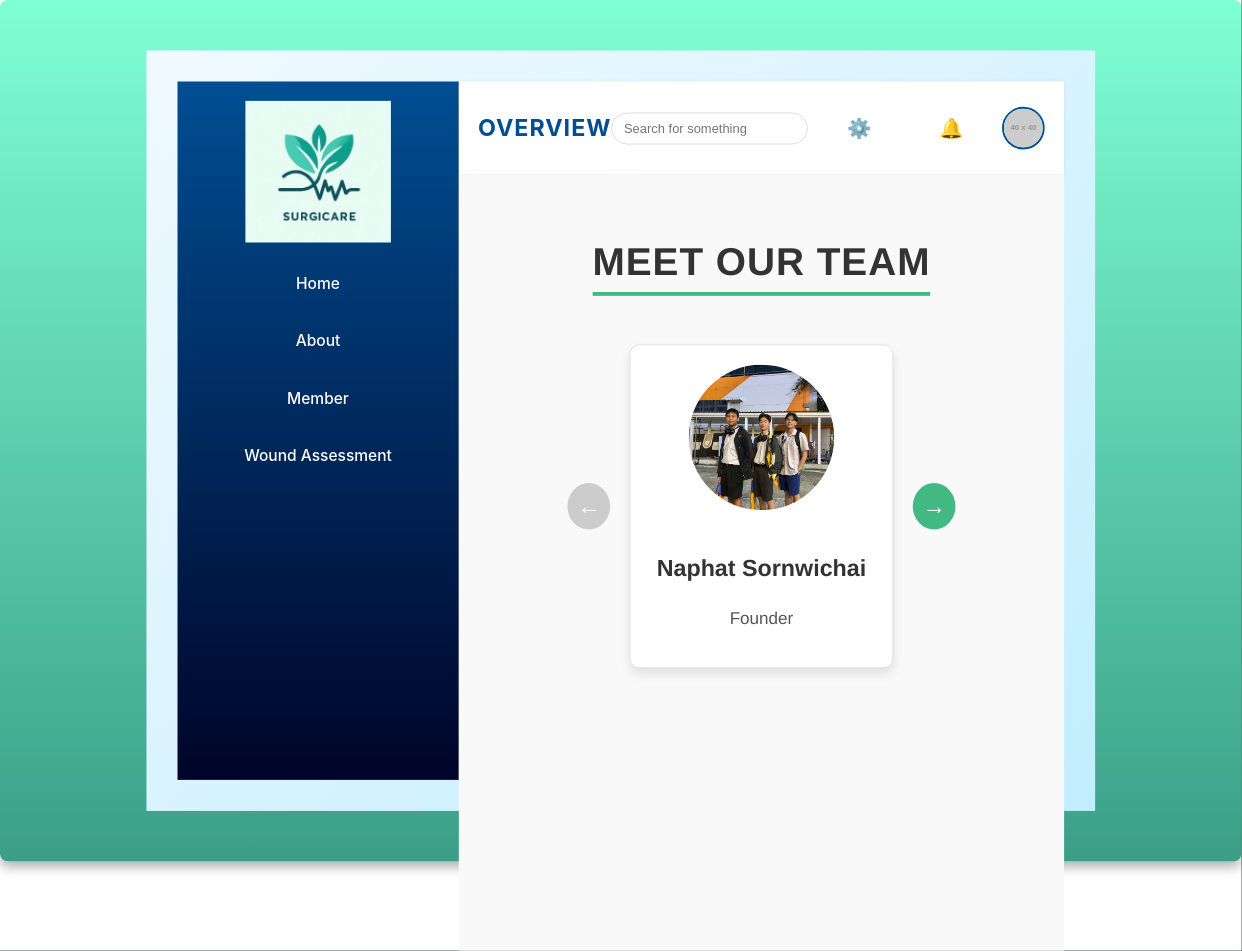
Repository: Jinwoo290350/Surgicare-Vue
Page: /member (app in surgicare/)
These files come from the project's save history. The page is drawn as it stood at one moment and after the next save; the edit follows.
The browser window is 1280 px wide. The pictures show the whole page, at 97% of full size.
The project was rebuilt for these pictures with package versions that can differ from the ones it lists, and the page was loaded fresh each time. Also part of the build but not shown: surgicare/vite.config.js, surgicare/src/views/Home.vue, surgicare/src/views/About.vue, surgicare/src/components/WoundAssessment.vue.

Above is the page before, as saved 2024-12-30 14:42:05.
Console error: TypeError: Cannot read properties of null (reading 'getContext')

After the next save:
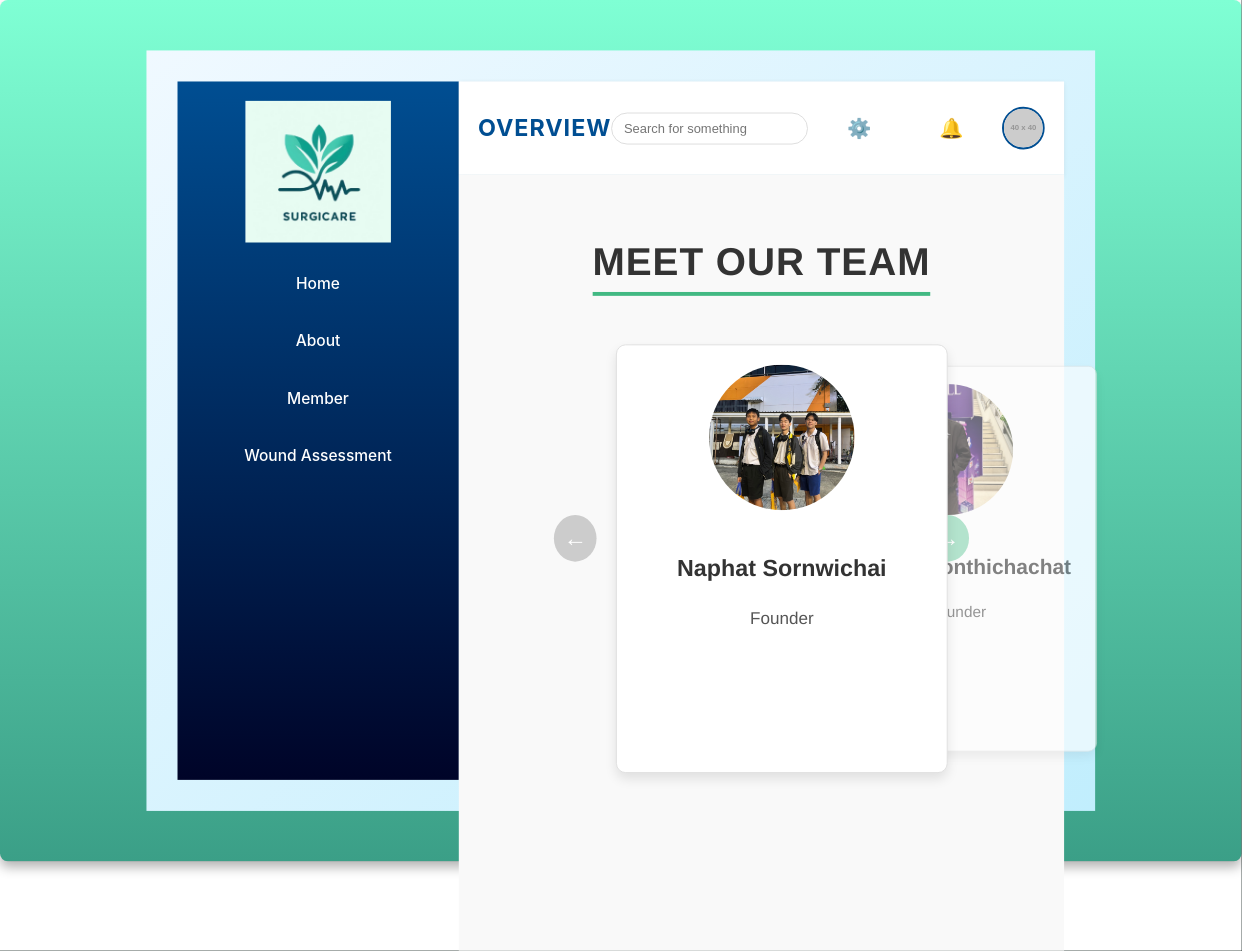
Saved 98 s later.
--- a/surgicare/src/views/Member.vue
+++ b/surgicare/src/views/Member.vue
@@ -4,33 +4,34 @@
       <h1>Meet Our Team</h1>
     </div>
 
-    <!-- Single Member Card with Navigation Buttons -->
+    <!-- Card Slider with Overlapping Shadows -->
     <div class="member-card-container">
       <button class="nav-button" @click="prevMember" :disabled="currentIndex === 0">
         ←
       </button>
 
-      <div class="member-card animated-card" :class="animationDirection">
-        <img :src="currentMember.photo" :alt="`Photo of ${currentMember.name}`" class="member-photo" />
-        <div class="member-info">
-          <h2>{{ currentMember.name }}</h2>
-          <p>{{ currentMember.role }}</p>
+      <div class="card-stack">
+        <div
+          v-for="(member, index) in members"
+          :key="index"
+          class="member-card"
+          :class="{
+            active: index === currentIndex,
+            next: index === currentIndex + 1,
+            prev: index === currentIndex - 1,
+          }"
+        >
+          <img :src="member.photo" :alt="`Photo of ${member.name}`" class="member-photo" />
+          <div class="member-info">
+            <h2>{{ member.name }}</h2>
+            <p>{{ member.role }}</p>
+          </div>
         </div>
       </div>
 
       <button class="nav-button" @click="nextMember" :disabled="currentIndex === members.length - 1">
         →
       </button>
-    </div>
-
-    <!-- Member Details Modal -->
-    <div v-if="selectedMember" class="member-details" @click.self="closeDetails">
-      <div class="details-content">
-        <h2>{{ selectedMember.name }}</h2>
-        <p><strong>Role:</strong> {{ selectedMember.role }}</p>
-        <p>{{ selectedMember.bio }}</p>
-        <button @click="closeDetails">Close</button>
-      </div>
     </div>
   </div>
 </template>
@@ -66,45 +67,25 @@ export default {
         },
       ],
       currentIndex: 0,
-      selectedMember: null,
-      animationDirection: '', // Animation class for slide effect
     };
-  },
-  computed: {
-    currentMember() {
-      return this.members[this.currentIndex];
-    },
   },
   methods: {
     nextMember() {
       if (this.currentIndex < this.members.length - 1) {
-        this.animationDirection = 'slide-in-right'; // Slide-in from right
-        setTimeout(() => {
-          this.currentIndex++;
-          this.animationDirection = ''; // Reset animation
-        }, 300); // Duration of the animation
+        this.currentIndex++;
       }
     },
     prevMember() {
       if (this.currentIndex > 0) {
-        this.animationDirection = 'slide-in-left'; // Slide-in from left
-        setTimeout(() => {
-          this.currentIndex--;
-          this.animationDirection = ''; // Reset animation
-        }, 300); // Duration of the animation
+        this.currentIndex--;
       }
-    },
-    selectMember(member) {
-      this.selectedMember = member;
-    },
-    closeDetails() {
-      this.selectedMember = null;
     },
   },
 };
 </script>
 
 <style scoped>
+/* Base Styles */
 #team-page {
   padding: 40px 20px;
   font-family: 'Helvetica Neue', sans-serif;
@@ -129,6 +110,7 @@ export default {
   padding-bottom: 10px;
 }
 
+/* Card Container */
 .member-card-container {
   display: flex;
   align-items: center;
@@ -136,21 +118,49 @@ export default {
   gap: 20px;
   position: relative;
   width: 100%;
-  max-width: 400px;
+  max-width: 500px;
+}
+
+.card-stack {
+  position: relative;
+  width: 300px;
+  height: 400px;
+  perspective: 1000px; /* Enable 3D perspective */
 }
 
 .member-card {
+  position: absolute;
   width: 100%;
-  max-width: 300px;
-  text-align: center;
+  height: 100%;
   border: 1px solid #e0e0e0;
   border-radius: 10px;
-  padding: 20px;
   background-color: #fff;
   box-shadow: 0 6px 12px rgba(0, 0, 0, 0.1);
-  transition: transform 0.3s ease, box-shadow 0.3s ease;
-}
-
+  transition: transform 0.5s ease, opacity 0.5s ease, z-index 0.5s ease;
+  text-align: center;
+  padding: 20px;
+  opacity: 0; /* Hidden by default */
+}
+
+.member-card.active {
+  z-index: 3;
+  transform: translateX(0) scale(1);
+  opacity: 1;
+}
+
+.member-card.next {
+  z-index: 2;
+  transform: translateX(50%) scale(0.9);
+  opacity: 0.6;
+}
+
+.member-card.prev {
+  z-index: 2;
+  transform: translateX(-50%) scale(0.9);
+  opacity: 0.6;
+}
+
+/* Member Info */
 .member-photo {
   width: 150px;
   height: 150px;
@@ -170,6 +180,7 @@ export default {
   color: #555;
 }
 
+/* Navigation Buttons */
 .nav-button {
   font-size: 1.5rem;
   color: #fff;
@@ -189,40 +200,4 @@ export default {
   background-color: #ccc;
   cursor: not-allowed;
 }
-
-/* Animation for sliding effect */
-.animated-card {
-  animation-duration: 0.3s;
-  animation-timing-function: ease-in-out;
-}
-
-.slide-in-right {
-  animation-name: slideInRight;
-}
-
-.slide-in-left {
-  animation-name: slideInLeft;
-}
-
-@keyframes slideInRight {
-  from {
-    transform: translateX(100%);
-    opacity: 0;
-  }
-  to {
-    transform: translateX(0);
-    opacity: 1;
-  }
-}
-
-@keyframes slideInLeft {
-  from {
-    transform: translateX(-100%);
-    opacity: 0;
-  }
-  to {
-    transform: translateX(0);
-    opacity: 1;
-  }
-}
 </style>
